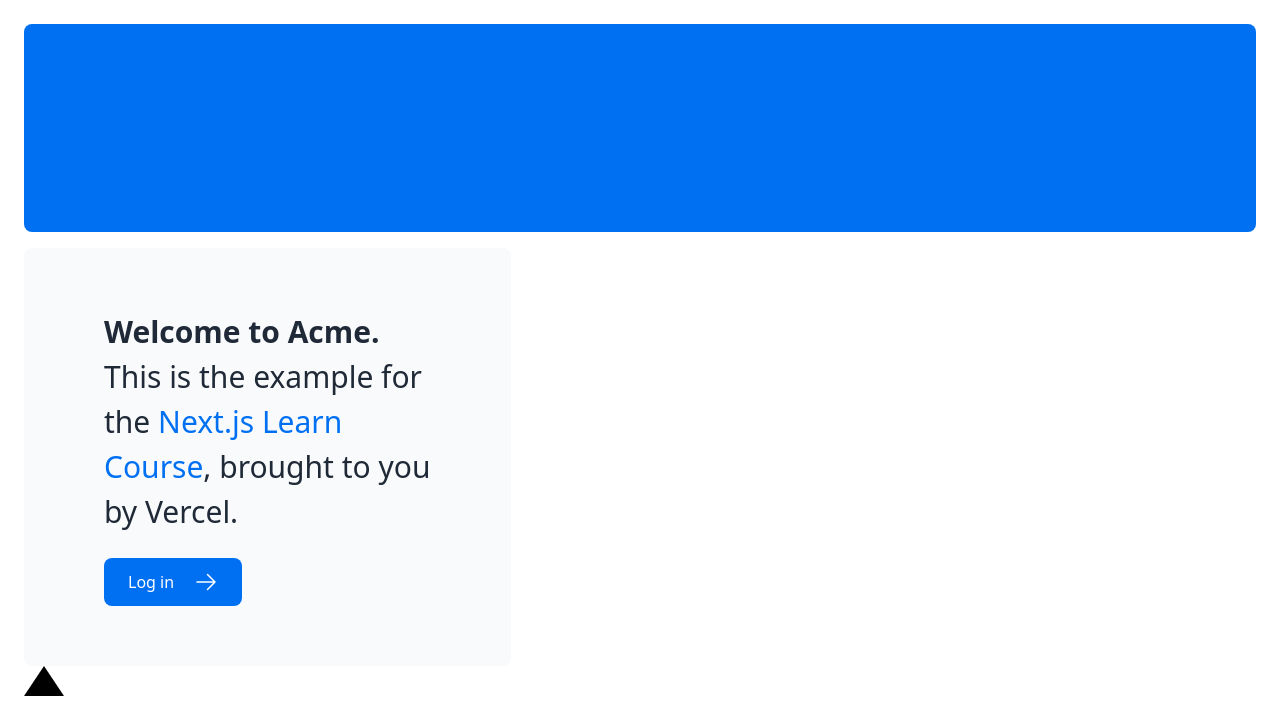
Repository: carlz812/nextjs-demo-dashboard
Page: /
The author's editor kept a copy of each file at every save. The page is drawn from the files as they stood at one save, then again after a run of saves.
The browser window is 1280 px wide. The pictures show the whole page.
The project was rebuilt for these pictures with package versions that can differ from the ones it lists, and the page was loaded fresh each time. The framework's server and built-in components were replaced by stand-ins that run in the browser. Also part of the build but not shown: next.config.js.

Above is the page before, as saved 2023-11-27 14:30:22.

After the next 2 saves:
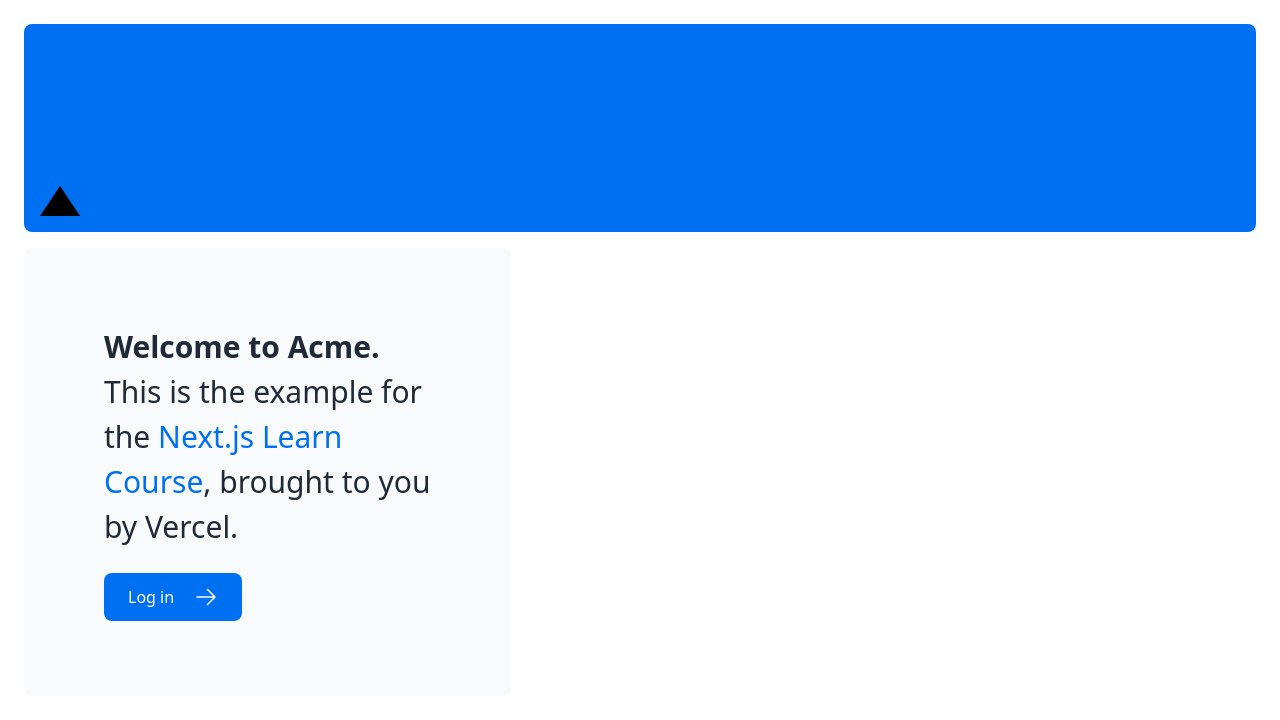
The 2 saves are shown as one change because they came seconds apart.
The last was saved 17 s later.
--- a/app/page.tsx
+++ b/app/page.tsx
@@ -6,7 +6,9 @@
   return (
     <main className="flex min-h-screen flex-col p-6">
       <div className="flex h-20 shrink-0 items-end rounded-lg bg-blue-500 p-4 md:h-52">
-        {/* <AcmeLogo /> */}
+      <div
+  className="h-0 w-0 border-b-[30px] border-l-[20px] border-r-[20px] border-b-black border-l-transparent border-r-transparent"
+/>
       </div>
       <div className="mt-4 flex grow flex-col gap-4 md:flex-row">
         <div className="flex flex-col justify-center gap-6 rounded-lg bg-gray-50 px-6 py-10 md:w-2/5 md:px-20">
@@ -28,9 +30,7 @@
           {/* Add Hero Images Here */}
         </div>
       </div>
-      <div
-  className="h-0 w-0 border-b-[30px] border-l-[20px] border-r-[20px] border-b-black border-l-transparent border-r-transparent"
-/>
+
     </main>
   );
 }
